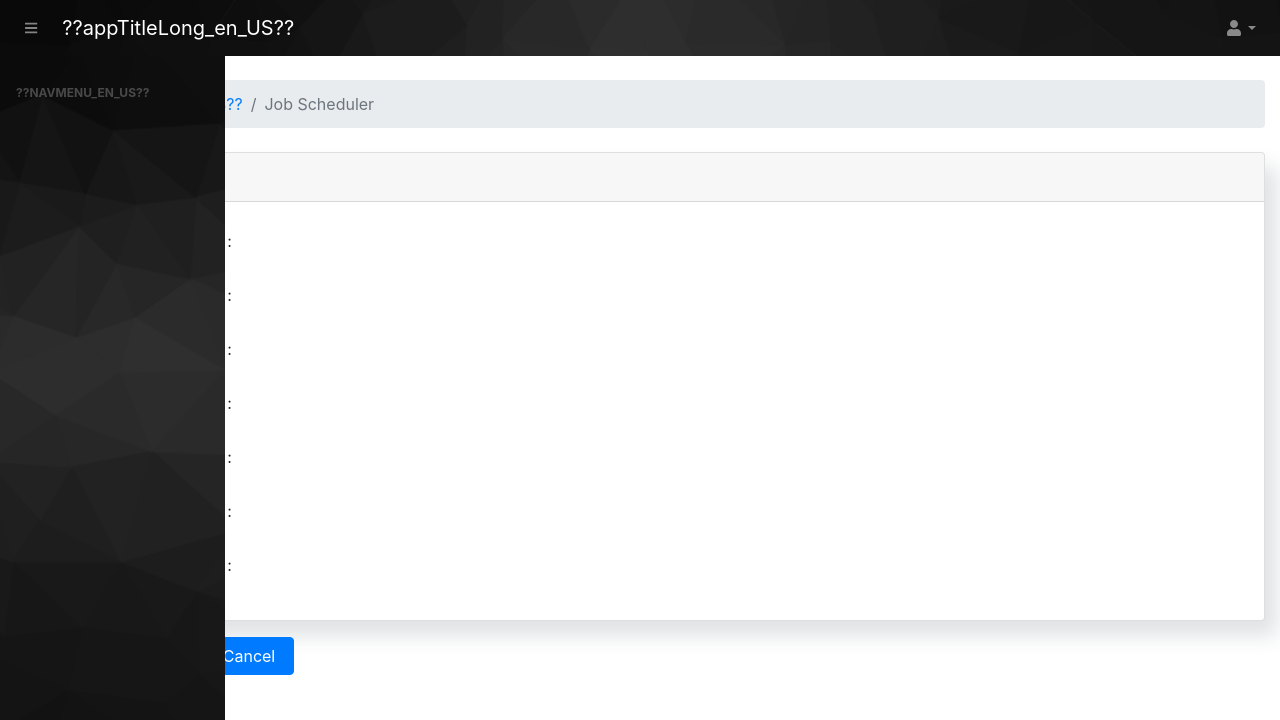
Repository: limaknima/kmy-pdfs
Page: http://localhost/base/maint/viewScheduler
An editor plug-in stored every save of this project. The page is shown before and after the next save, followed by the edit.
The browser window is 1280 px wide. The pictures show the whole page.
The page is this project's Thymeleaf template; nobody is signed in. The template is opened directly, without the code that normally fills it, so the values that code supplies are empty.

Above is the page before, as saved 2023-08-02 03:01:55.

After the next save:
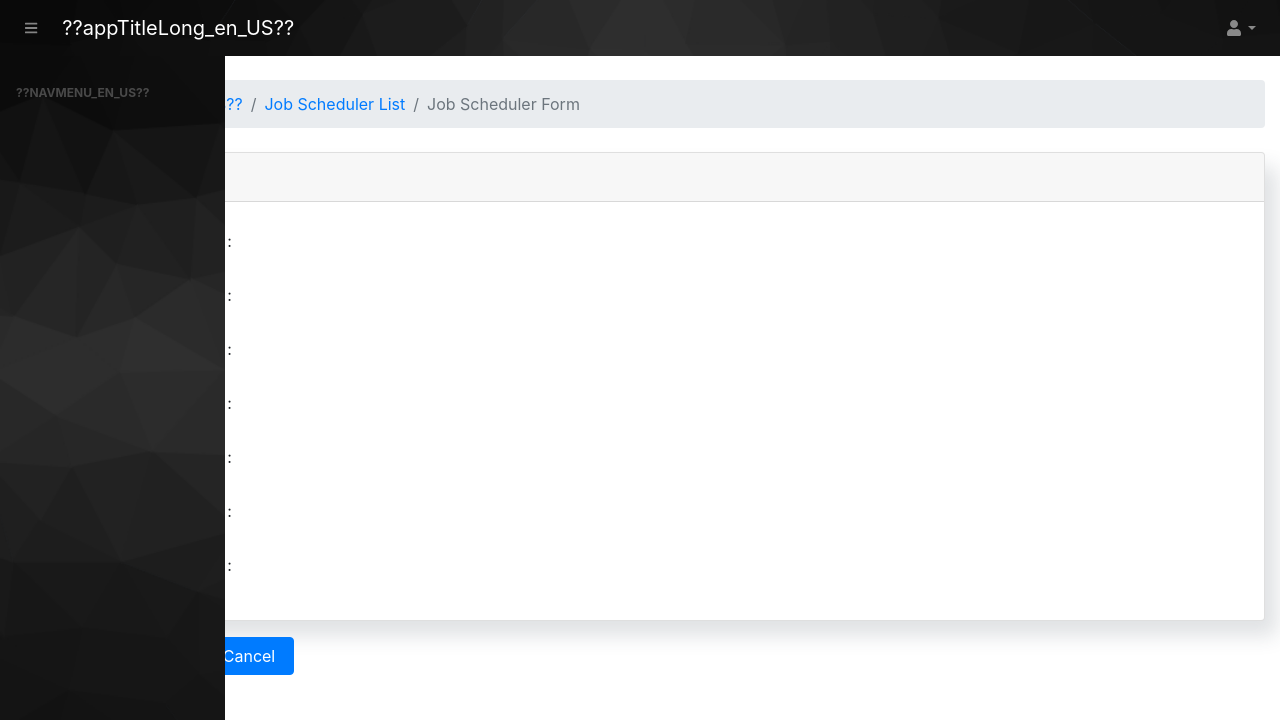
Saved 13 min 8 s later.
--- a/pfc-parent/pfc-web/src/main/resources/templates/base/maint/viewScheduler.html
+++ b/pfc-parent/pfc-web/src/main/resources/templates/base/maint/viewScheduler.html
@@ -24,7 +24,8 @@
 					<ol class="breadcrumb mb-4">
 						<li class="breadcrumb-item active" ><a th:href="@{/}"><i class="fa fa-home"></i></a></li>
 						<li class="breadcrumb-item active" ><a th:href="@{/menu/maintenanceMenu}"><span th:text="#{menuMaint}"></span></a></li>
-						<li class="breadcrumb-item active" >Job Scheduler</li>
+						<li class="breadcrumb-item active" ><a th:href="@{/base/maint/schedulerList}"> Job Scheduler List </a></li>
+						<li class="breadcrumb-item active" >Job Scheduler Form</li>
 					</ol>
 					<div class="alert alert-success alert-dismissible" th:if="${error}">
 						<a class="close" data-dismiss="alert" aria-label="close">&times;</a>
